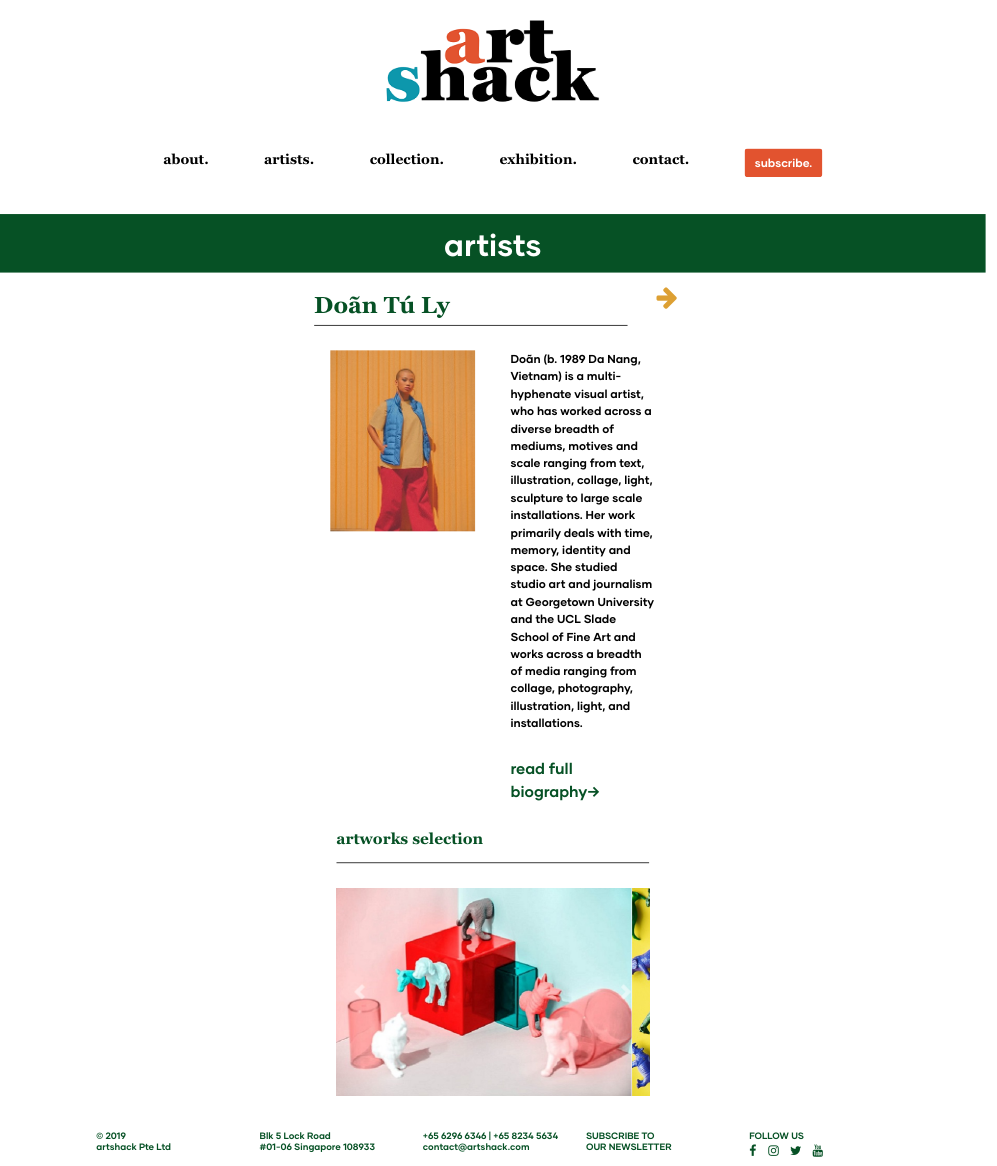
Repository: lynette-lyf/artshack
Page: doantuly.html
The author's editor kept a record of every edit. The page is drawn from the files as they stood at one moment, then again after the next edit.
The browser window is 1280 px wide. The page is 1295 px wide, so the pictures cover 1295 px, including what lies to the right of the window. The pictures show the whole page, at 77% of full size.

Above is the page before.
Not found: artists.css

After the next edit:
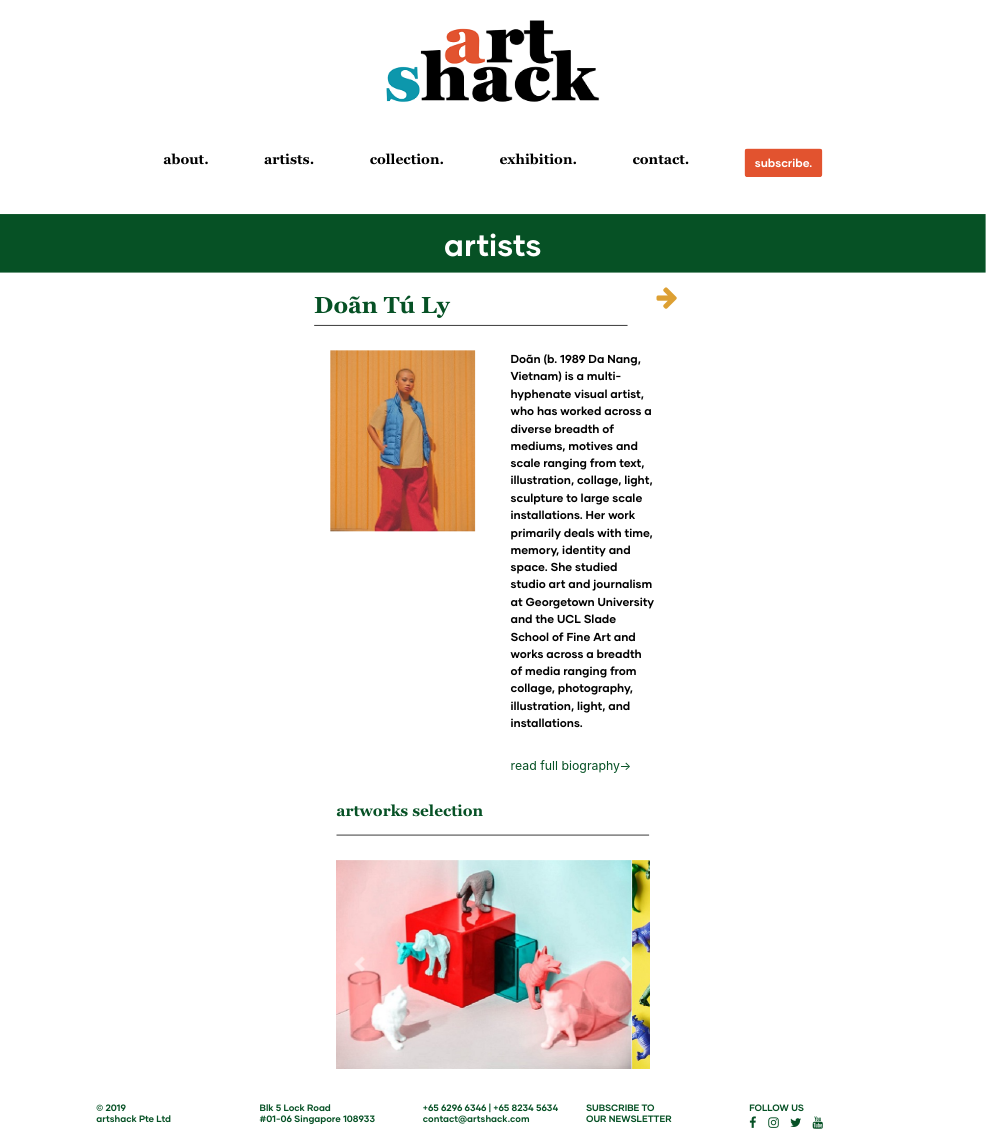
The edit:
--- a/doantuly.html
+++ b/doantuly.html
@@ -216,15 +216,7 @@
   color: rgb(6,81,37);
 }
 
-.container-fluid-artistscontent #S,
-.container-fluid-artistscontent #Sbio,
-.container-fluid-artistscontent #Ssel {
-  color: rgb(226,83,47);
-}
-
-
-.container-fluid-artistscontent #Dbio,
-.container-fluid-artistscontent #Sbio {
+.container-fluid-artistscontent #Dbio, {
   text-decoration:none;
   font-family:GilmerBold;
   font-size: 20px;
